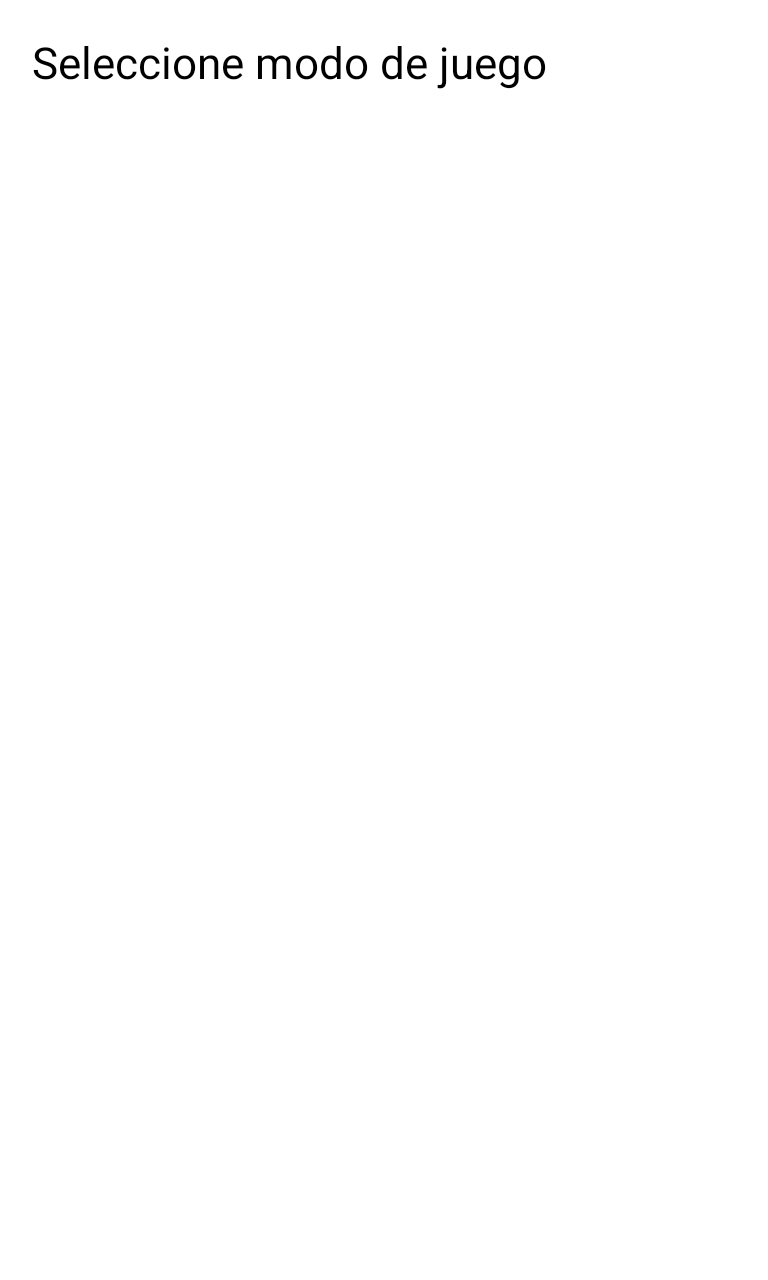
Repository: ivan-yc/miProyecto
Layout: TresEnRaya/res/layout/activity_main.xml
The author's editor kept a copy of each file at every save. The layout is drawn from the files as they stood at one save, then again after the next save.
It is drawn on a 768 x 1280 px phone screen (xhdpi) without system bars, with theme AppTheme; the app's code is not run.

Above is the layout before, as saved 2013-05-16 20:05:55.

After the next save:
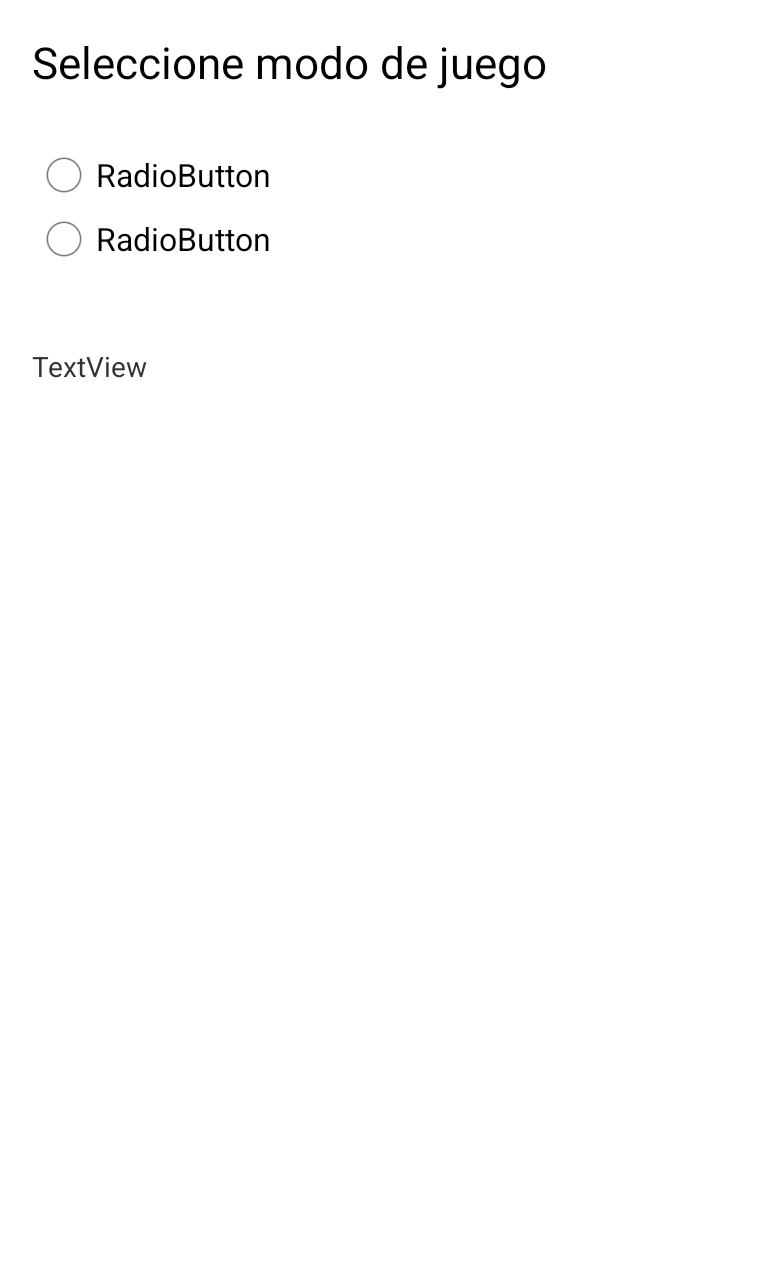
Saved 38 s later.
--- a/TresEnRaya/res/layout/activity_main.xml
+++ b/TresEnRaya/res/layout/activity_main.xml
@@ -18,4 +18,30 @@
         android:text="Seleccione modo de juego"
         android:textAppearance="?android:attr/textAppearanceLarge" />
 
+    <RadioButton
+        android:id="@+id/radioButton1"
+        android:layout_width="wrap_content"
+        android:layout_height="wrap_content"
+        android:layout_alignLeft="@+id/textView1"
+        android:layout_below="@+id/textView1"
+        android:layout_marginTop="26dp"
+        android:text="RadioButton" />
+
+    <RadioButton
+        android:id="@+id/radioButton2"
+        android:layout_width="wrap_content"
+        android:layout_height="wrap_content"
+        android:layout_alignLeft="@+id/radioButton1"
+        android:layout_below="@+id/radioButton1"
+        android:text="RadioButton" />
+
+    <TextView
+        android:id="@+id/textView2"
+        android:layout_width="wrap_content"
+        android:layout_height="wrap_content"
+        android:layout_alignLeft="@+id/radioButton2"
+        android:layout_below="@+id/radioButton2"
+        android:layout_marginTop="38dp"
+        android:text="TextView" />
+
 </RelativeLayout>
